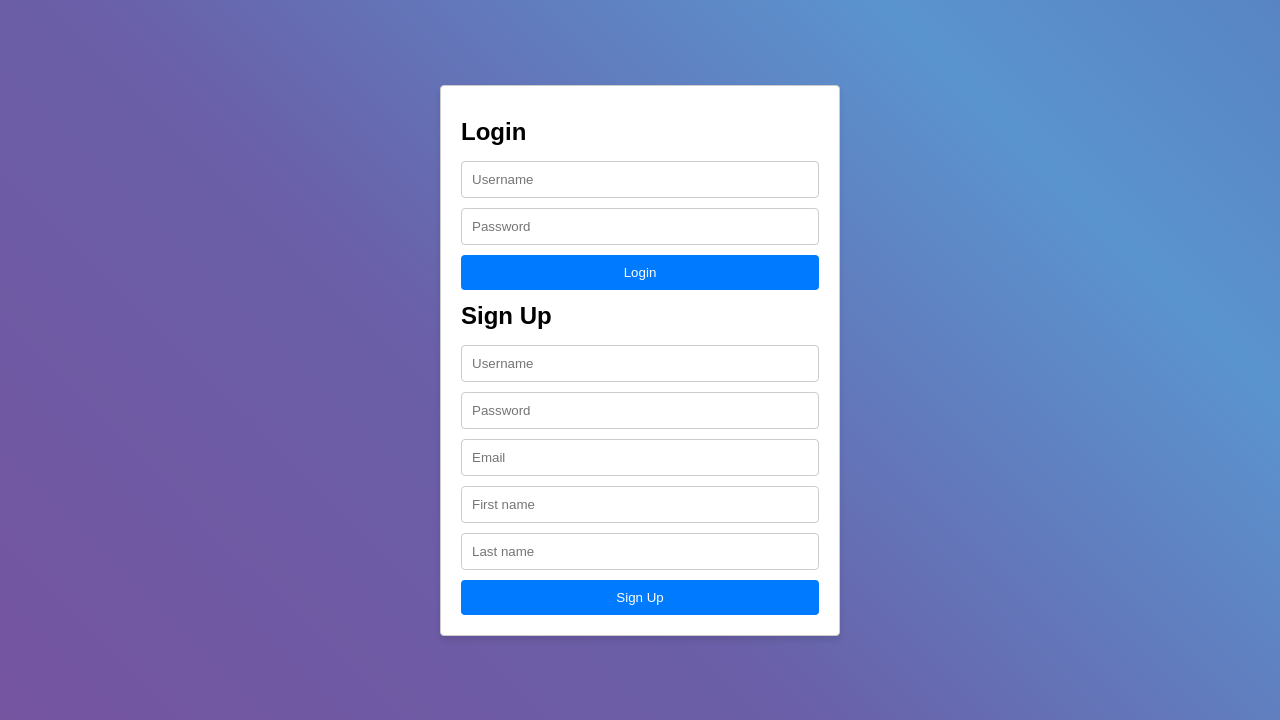
Repository: elqueben/message
Page: / (app in message-app/)
An editor plug-in stored every save of this project. The page is shown before and after the next save, followed by the edit.
The browser window is 1280 px wide. The pictures show the whole page.
The project was rebuilt for these pictures with package versions that can differ from the ones it lists, and the page was loaded fresh each time. Also part of the build but not shown: message-app/vite.config.js.

Above is the page before, as saved 2023-05-08 15:50:50.

After the next save:
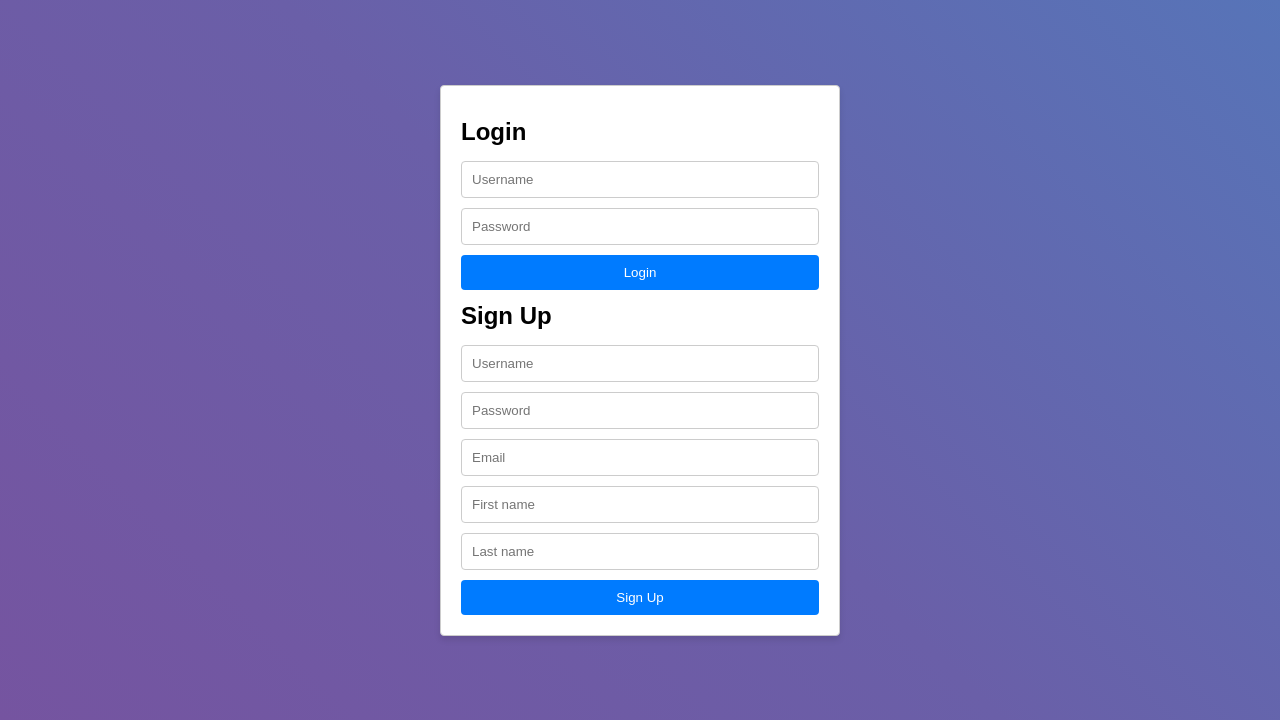
Saved 21 s later.
--- a/message-app/src/style.css
+++ b/message-app/src/style.css
@@ -17,7 +17,6 @@ body {
     45deg,
     rgba(117, 84, 160, 1),
     rgba(106, 95, 168, 1),
-    rgba(90, 148, 207, 1),
     rgba(87, 116, 184, 1),
     rgba(70, 135, 198, 1),
     rgba(44, 148, 207, 1)
